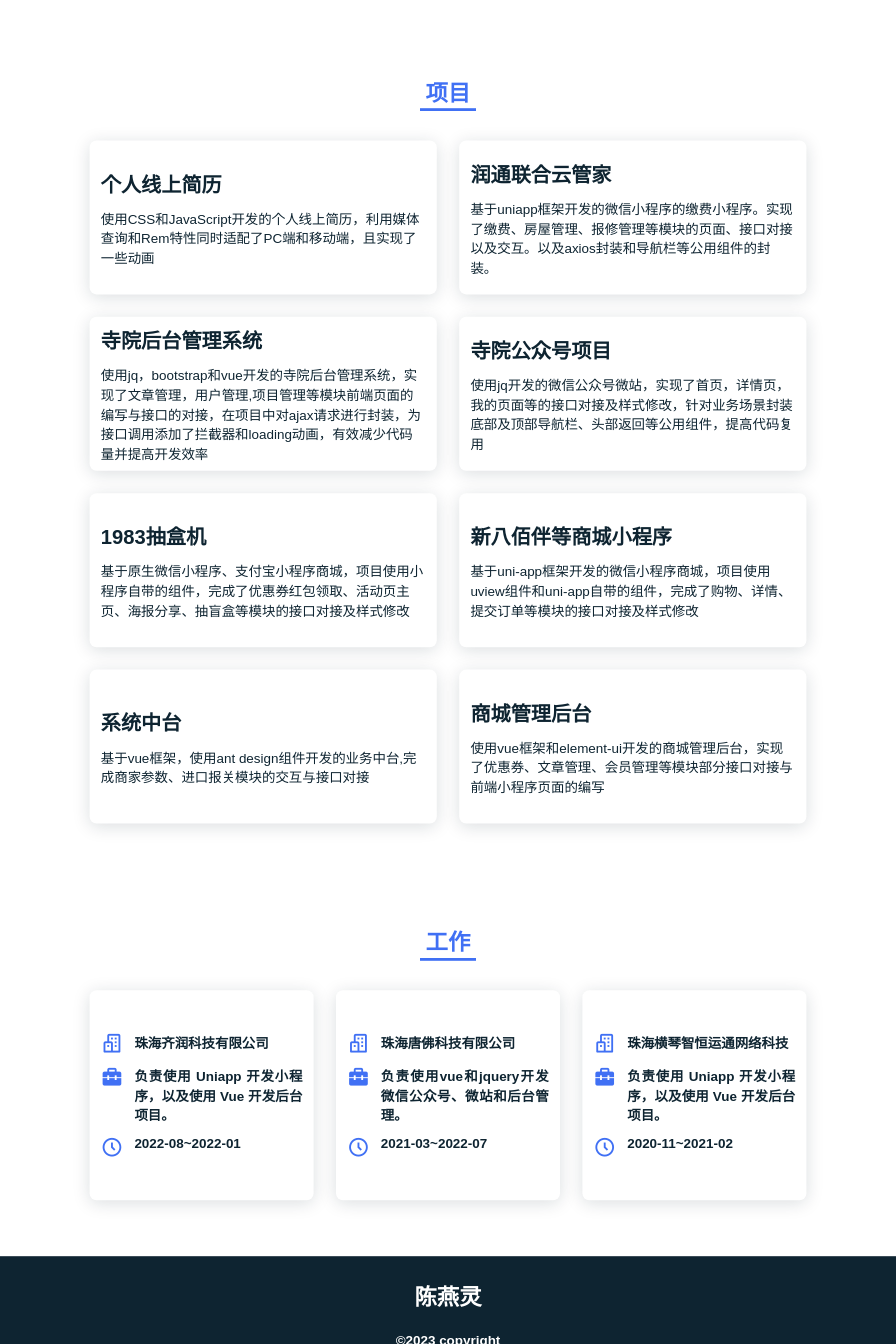
Repository: alinlinbo/yanling-resume-site
Page: index.html
The author's editor kept a copy of each file at every save. The page is drawn from the files as they stood at one save, then again after the next save.
The browser window is 1280 px wide. The pictures show the part of the page from y = 1812 to 3732 px (the page is 3770 px tall), at 70% of full size.

Above is the page before, as saved 2023-09-18 22:15:39.

After the next save:
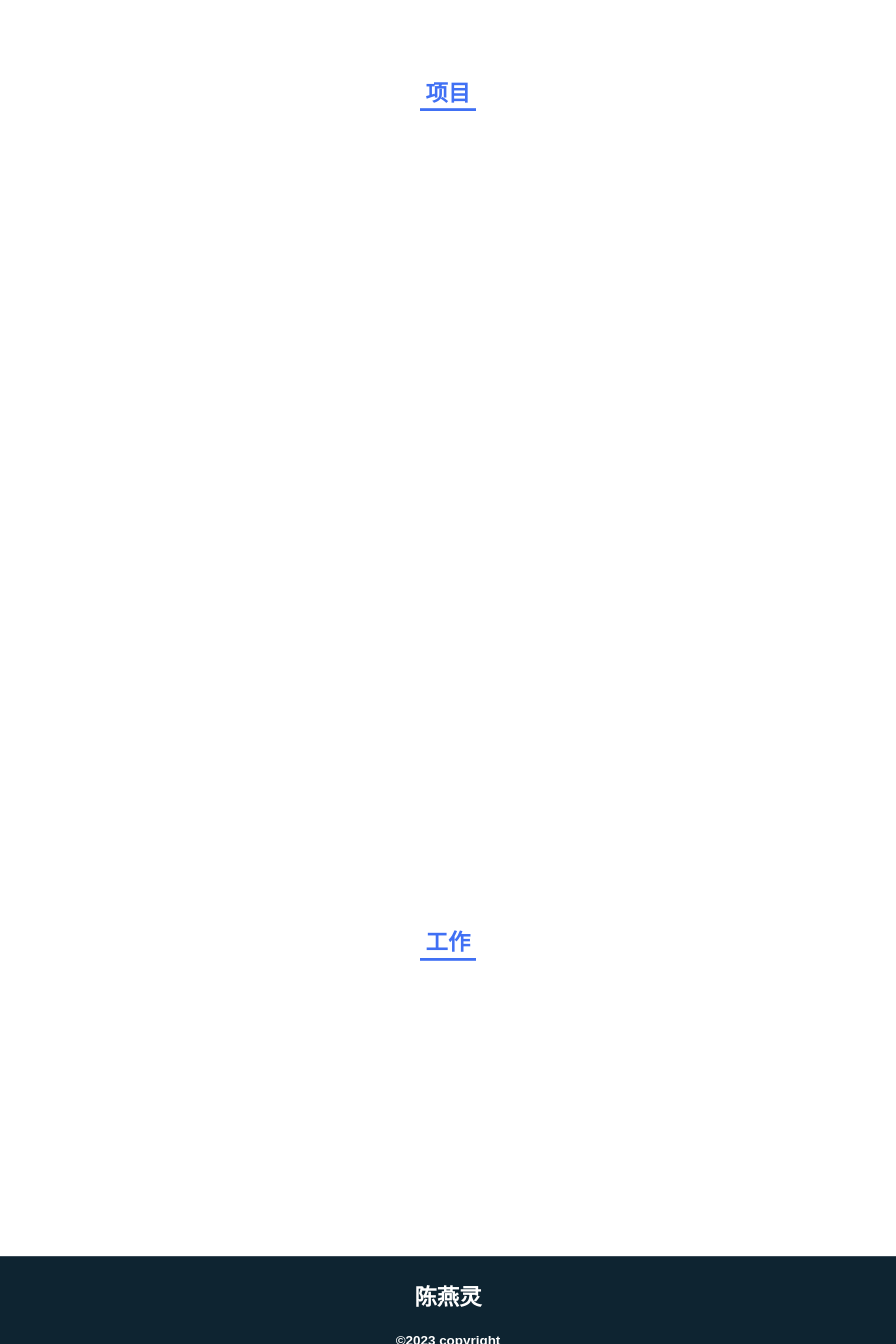
Saved 47 s later.
--- a/assets/js/main.js
+++ b/assets/js/main.js
@@ -85,7 +85,7 @@
   return (
     rect.top >= 0 &&
     rect.left >= 0 &&
-    rect.bottom <= (window.innerHeight || document.documentElement.clientHeight)
+    rect.bottom <= (window.innerHeight || document.documentElement.clientHeight) -2000
     // &&rect.right <= (window.innerWidth || document.documentElement.clientWidth)
   );
 }

After the save that followed:
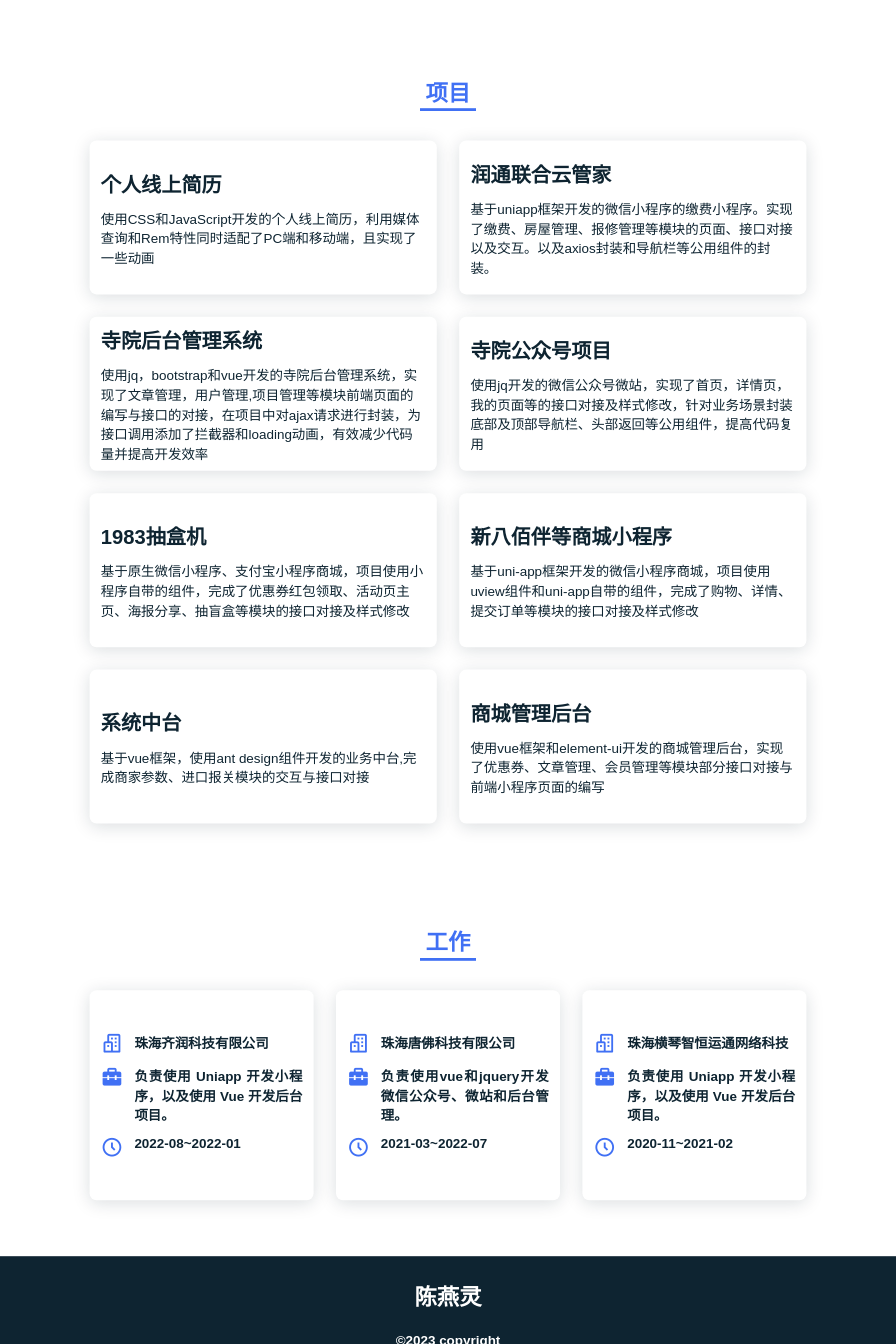
Saved 16 s later.
--- a/assets/js/main.js
+++ b/assets/js/main.js
@@ -85,7 +85,7 @@
   return (
     rect.top >= 0 &&
     rect.left >= 0 &&
-    rect.bottom <= (window.innerHeight || document.documentElement.clientHeight) -2000
+    rect.bottom <= (window.innerHeight || document.documentElement.clientHeight) -200
     // &&rect.right <= (window.innerWidth || document.documentElement.clientWidth)
   );
 }
